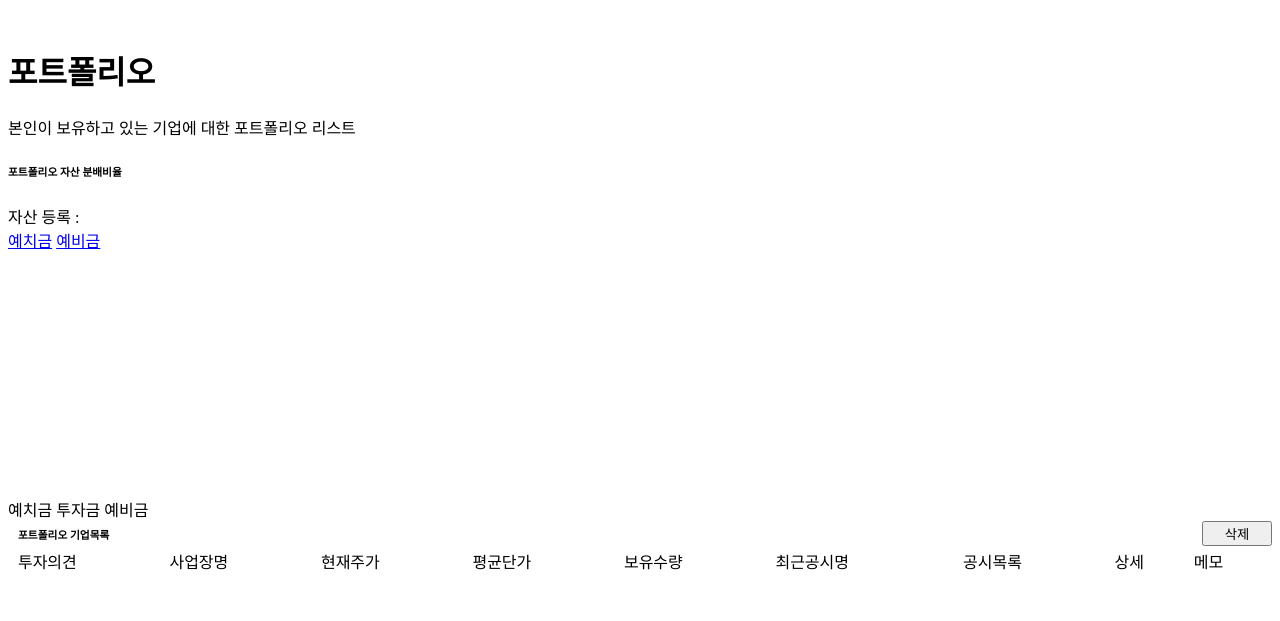
Repository: bangProgram/PJT_Finance
Page: http://localhost/Finance/WEB-INF/views/portfolio/portfolioList.jsp
An editor plug-in stored every save of this project. The page is shown before and after the next save, followed by the edit.
The browser window is 1280 px wide. The pictures show the whole page.
The page is served by Tomcat 9. Nobody is signed in. The template is opened directly, without the code that normally fills it, so the values that code supplies are empty.

Above is the page before, as saved 2022-11-10 07:21:40.
Console error: SyntaxError: Unexpected token ','

After the next save:
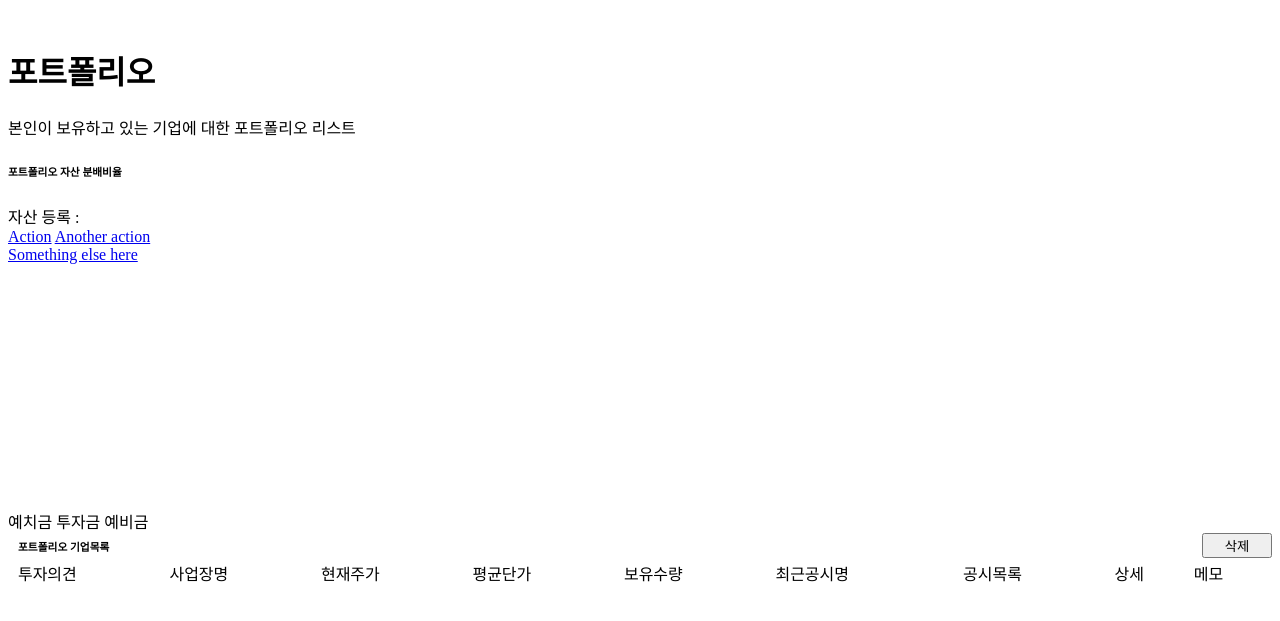
Saved 22 min 48 s later.
--- a/Finance/src/main/webapp/WEB-INF/views/portfolio/portfolioList.jsp
+++ b/Finance/src/main/webapp/WEB-INF/views/portfolio/portfolioList.jsp
@@ -252,8 +252,10 @@
 	                </a>
 	                <div class="dropdown-menu dropdown-menu-right shadow animated--fade-in" aria-labelledby="dropdownMenuLink">
 	                    <div class="dropdown-header">자산 등록 :</div>
-	                    <a class="dropdown-item" href="#">예치금</a>
-	                    <a class="dropdown-item" href="#">예비금</a>
+	                    <a class="dropdown-item" href="#">Action</a>
+	                    <a class="dropdown-item" href="#">Another action</a>
+	                    <div class="dropdown-divider"></div>
+	                    <a class="dropdown-item" href="#">Something else here</a>
 	                </div>
 	            </div>
 	        </div>
